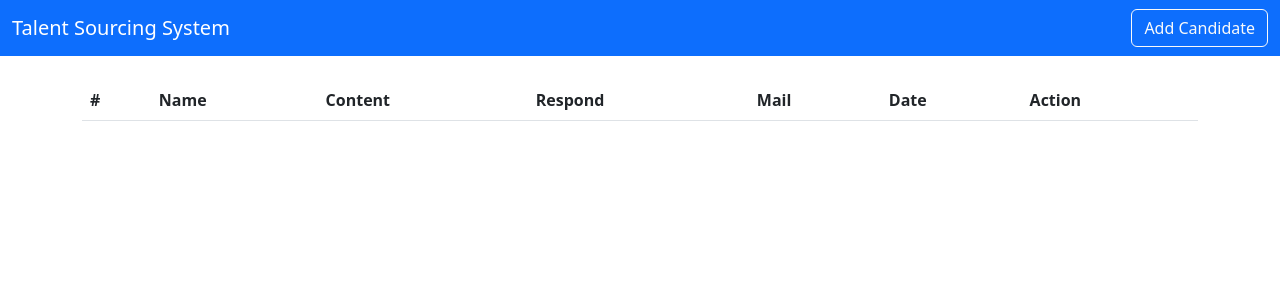
Repository: mfd10/talent-sourcing-system-frontend
Page: /
An editor plug-in stored every save of this project. The page is shown before and after the next save, followed by the edit.
The browser window is 1280 px wide. The pictures show the whole page.
The page's requests for data from a server got no answer. The project was rebuilt for these pictures with package versions that can differ from the ones it lists, and the page was loaded fresh each time. No one was signed in, and anything a server would have sent is missing.

Above is the page before, as saved 2022-11-11 21:16:49.

### src/index.js
import React from 'react';
import ReactDOM from 'react-dom/client';
import App from './App';
import reportWebVitals from './reportWebVitals';

const cors = require('cors');
const corsOptions ={
    origin:'http://localhost:3000',
    credentials:true,            //access-control-allow-credentials:true
    optionSuccessStatus:200
}

const root = ReactDOM.createRoot(document.getElementById('root'));
root.render(
  <React.StrictMode>
    <App />
  </React.StrictMode>
);

// If you want to start measuring performance in your app, pass a function
// to log results (for example: reportWebVitals(console.log))
// or send to an analytics endpoint. Learn more: https://bit.ly/CRA-vitals
reportWebVitals();
App.use(cors(corsOptions));

### src/App.js
import "../node_modules/bootstrap/dist/css/bootstrap.min.css"
import Navbar from './layout/Navbar';
import Home from "./pages/Home";

function App() {
  return (
    <div className="App">

      <Navbar></Navbar>
      <Home/>
    </div>
  );
}

export default App;

### src/layout/Navbar.js
import React from "react";

export default function Navbar() {
  return (
    <div>
      <nav className="navbar navbar-expand-lg navbar-dark bg-primary">
        <div className="container-fluid">
          <a href="/#" className="navbar-brand" >
            Talent Sourcing System
          </a>
          <button
            className="navbar-toggler"
            type="button"
            data-bs-toggle="collapse"
            data-bs-target="#navbarSupportedContent"
            aria-controls="navbarSupportedContent"
            aria-expanded="false"
            aria-label="Toggle navigation"
          >
            <span className="navbar-toggler-icon"></span>
          </button>
          <button className="btn btn-outline-light">Add Candidate
          </button>
        </div>
      </nav>
    </div>
  );
}

### src/pages/Home.js
import React, { useEffect, useState } from "react";
import axios from "axios";

export default function Home() {
  const [candidates, setCandidates] = useState([]);

  useEffect(() => {
    loadCandidates();
  },[]);

  const loadCandidates = async () => {
    const result = await axios.get("http://localhost:8080/candidate/candidates");
    setCandidates(result.data);
  };

  return (
    <div className="container">
      <div className="py-4">
        <table className="table table-striped ">
          <thead>
            <tr>
              <th scope="col">#</th>
              <th scope="col">Name</th>
              <th scope="col">Content</th>
              <th scope="col">Respond</th>
              <th scope="col">Mail</th>
              <th scope="col">Date</th>
              <th scope="col">Action</th>
            </tr>
          </thead>
          <tbody>
           {
            candidates.map((candidate, index)=>(
              <tr>
              <th scope="row" key={index}>{index+1}</th>
              <td>{candidate.name}</td>
              <td>{candidate.content}</td>
              <td>{candidate.candidate_responded}</td>
              <td>{candidate.mail}</td>
              {/* TODO: Date Tarih gösterimi düzeltilecek */}
              <td>{candidate.date}</td>
              <td>
                <button className="btn btn-primary mx-3">View</button>
                <button className="btn btn-outline-primary mx-3">Edit</button>
                <button className="btn btn-danger mx-2">Delete</button>
              </td>
            </tr>
            ))
           }
          </tbody>
        </table>
      </div>
    </div>
  );
}

Loaded but not shown: public/index.html (common file); src/reportWebVitals.js (common file); src/users/AddCandidates.js (no stored copy; drawn as an empty file)

After the next save:
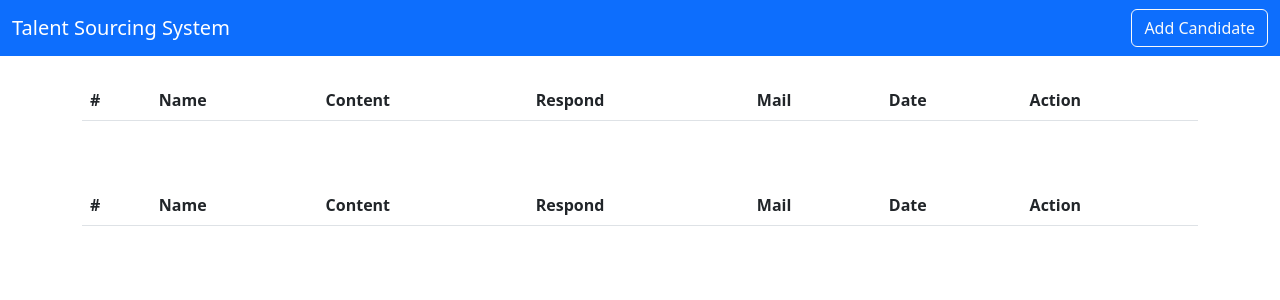
Saved 19 h 0 min later.
--- a/src/App.js
+++ b/src/App.js
@@ -1,13 +1,26 @@
 import "../node_modules/bootstrap/dist/css/bootstrap.min.css"
 import Navbar from './layout/Navbar';
 import Home from "./pages/Home";
+import {
+  BrowserRouter as Router,
+  Routes,
+  Route,
+} from "react-router-dom";
+import AddCandidates from "./users/AddCandidates";
 
 function App() {
   return (
     <div className="App">
+    <Router>
+    <Navbar></Navbar>
+    <Routes>
+      <Route exact path="/" element={<Home/>}></Route>
+      <Route exact path="/addCandidate" element={<AddCandidates/>}></Route>
+    </Routes>
+      <Home/>
+    </Router>
 
-      <Navbar></Navbar>
-      <Home/>
+
     </div>
   );
 }

After the 2 saves that followed:
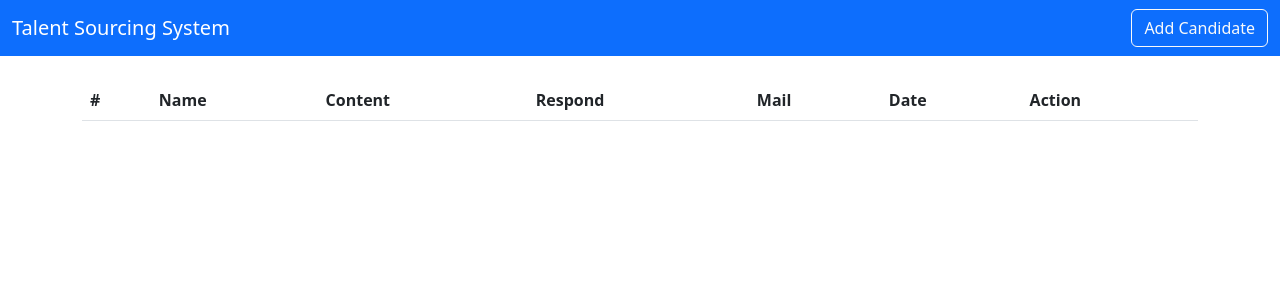
The 2 saves are shown as one change because 1 left the picture as it was.
The last was saved 89 s later.
--- a/src/App.js
+++ b/src/App.js
@@ -14,7 +14,7 @@
     <Router>
     <Navbar></Navbar>
     <Routes>
-      <Route exact path="/" element={<Home/>}></Route>
+      <Route exact path="/" e lement={<Home/>}></Route>
       <Route exact path="/addCandidate" element={<AddCandidates/>}></Route>
     </Routes>
       <Home/>
--- a/src/layout/Navbar.js
+++ b/src/layout/Navbar.js
@@ -1,4 +1,5 @@
 import React from "react";
+import  { Link } from "react-router-dom";
 
 export default function Navbar() {
   return (
@@ -19,8 +20,8 @@ export default function Navbar() {
           >
             <span className="navbar-toggler-icon"></span>
           </button>
-          <button className="btn btn-outline-light">Add Candidate
-          </button>
+          <Link className="btn btn-outline-light" to="addCandidate">Add Candidate
+          </Link>
         </div>
       </nav>
     </div>
